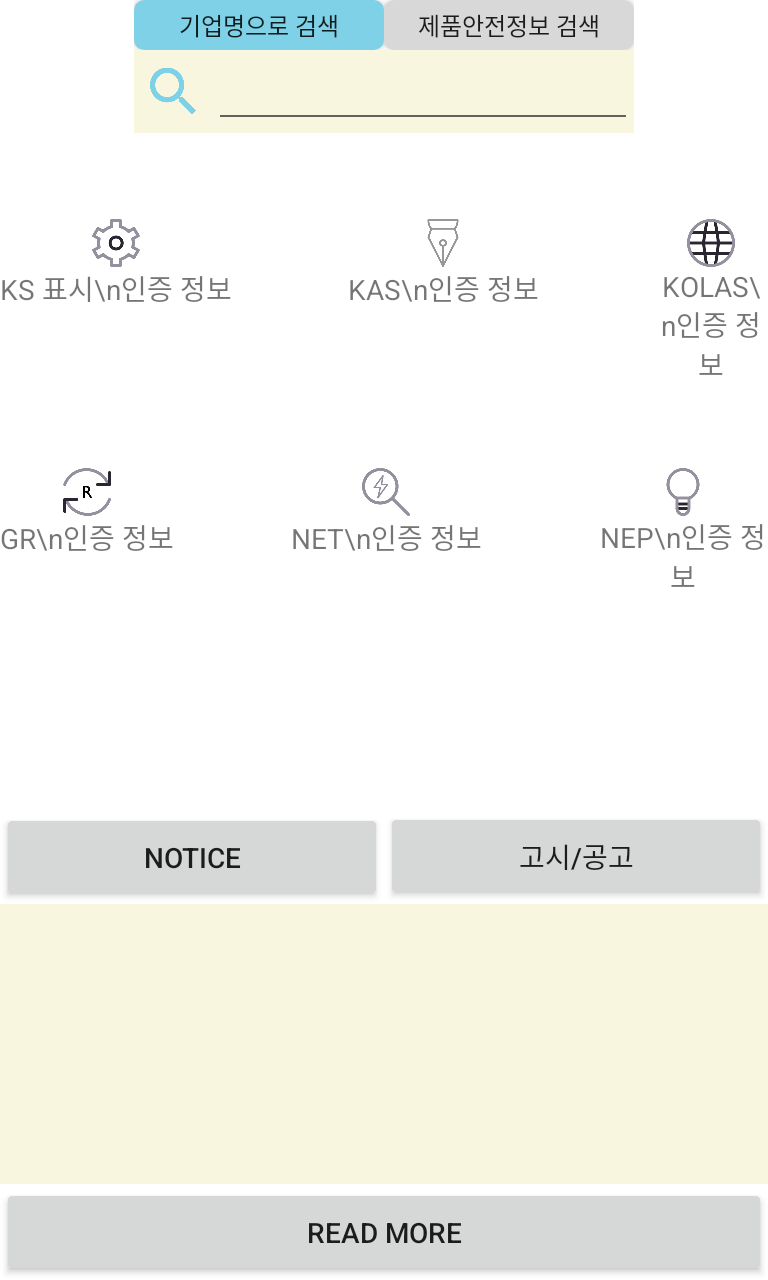
Repository: team-peony/ccfinder
Layout: android/CertifiedCompanyFinder/res/layout/fragment_main.xml
These files come from the project's save history. The layout is drawn as it stood at one moment and after the next save; the edit follows.
It is drawn on a 768 x 1280 px phone screen (xhdpi) without system bars, with theme AppTheme; the app's code is not run. Lists and similar views that code fills are empty.

Above is the layout before, as saved 2015-02-19 17:33:21.

### android/CertifiedCompanyFinder/res/layout/fragment_main.xml
<RelativeLayout xmlns:android="http://schemas.android.com/apk/res/android"
    xmlns:tools="http://schemas.android.com/tools"
    android:layout_width="match_parent"
    android:layout_height="match_parent"
    android:layout_marginTop="20dp"
    android:background="#FFFFFF"
    tools:context="com.peony.ccfinder.MainActivity$PlaceholderFragment" >

    <!-- 검색어 입력창 부분 -->
    <LinearLayout
        android:id="@+id/main_llSearch"
        android:layout_centerHorizontal="true"
        android:layout_width="250dp"
        android:layout_height="wrap_content"
        android:orientation="vertical">

        <LinearLayout
            android:layout_width="match_parent"
            android:layout_height="wrap_content"
            android:orientation="horizontal">
            <Button
                android:id="@+id/main_btnCompany"
                android:layout_width="0dp"
                android:layout_height="25dp"
                android:layout_weight="1"
                android:padding="0dp"
                android:textSize="12sp"
                android:background="@drawable/search_type_selected"
                android:text="기업명으로 검색"/>

            <Button
                android:id="@+id/main_btnSafety"
                android:layout_width="0dp"
                android:layout_height="25dp"
                android:layout_weight="1"
                android:padding="0dp"
                android:textSize="12sp"
                android:background="@drawable/search_type_unselected"
                android:text="제품안전정보 검색"/>

        </LinearLayout>

        <LinearLayout
            android:layout_width="match_parent"
            android:layout_height="wrap_content"
            android:orientation="horizontal"
            android:background="@color/cc_color_bage"
            android:gravity="center_vertical">

            <ImageView
                android:layout_width="23dp"
                android:layout_height="25dp"
                android:layout_margin="8dp"
                android:src="@drawable/search_icon" />

            <EditText
                android:id="@+id/main_etKeyword"
                android:layout_width="match_parent"
                android:layout_height="wrap_content"
                android:singleLine="true"
                android:imeOptions="actionSearch"/>

        </LinearLayout>
    </LinearLayout>


    <!-- 카테고리 부분 -->
    <LinearLayout
        android:id="@+id/main_llCategories"
        android:layout_width="wrap_content"
        android:layout_height="wrap_content"
        android:layout_marginTop="43dp"
        android:orientation="vertical"
        android:layout_centerHorizontal="true"
        android:layout_below="@id/main_llSearch">
        <!-- 카테고리 상단 -->
        <LinearLayout
            android:layout_width="wrap_content"
            android:layout_height="wrap_content"
            android:orientation="horizontal">

            <!-- KS -->
            <LinearLayout
                android:id="@+id/main_llCategoryKs"
                android:layout_width="wrap_content"
                android:layout_height="wrap_content"
                android:orientation="vertical"
                android:gravity="center">
	            <ImageView
	                android:layout_width="@dimen/category_icon_size"
	                android:layout_height="@dimen/category_icon_size"
	                android:src="@drawable/ks_icon" />

	            <TextView
	                android:layout_width="wrap_content"
	                android:layout_height="wrap_content"
	                android:text="KS 표시\n인증 정보"
	                android:gravity="center"/>
	        </LinearLayout>

            <!-- KAS -->
            <LinearLayout
                android:id="@+id/main_llCategoryKas"
                android:layout_width="wrap_content"
                android:layout_height="wrap_content"
                android:layout_marginLeft="@dimen/category_padding"
                android:layout_marginRight="@dimen/category_padding"
                android:orientation="vertical"
                android:gravity="center">
	            <ImageView
	                android:layout_width="@dimen/category_icon_size"
	                android:layout_height="@dimen/category_icon_size"
	                android:src="@drawable/kas_icon" />

	            <TextView
	                android:layout_width="wrap_content"
	                android:layout_height="wrap_content"
	                android:text="KAS\n인증 정보"
	                android:gravity="center"/>
	        </LinearLayout>

            <!-- KOLAS -->
            <LinearLayout
                android:id="@+id/main_llCategoryKolas"
                android:layout_width="wrap_content"
                android:layout_height="wrap_content"
                android:orientation="vertical"
                android:gravity="center">
	            <ImageView
	                android:layout_width="@dimen/category_icon_size"
	                android:layout_height="@dimen/category_icon_size"
	                android:src="@drawable/kolas_icon" />

	            <TextView
	                android:layout_width="wrap_content"
	                android:layout_height="wrap_content"
	                android:text="KOLAS\n인증 정보"
	                android:gravity="center"/>
	        </LinearLayout>

        </LinearLayout>


        <!-- 카테고리 하단 -->
        <LinearLayout
            android:layout_marginTop="42dp"
            android:layout_width="wrap_content"
            android:layout_height="wrap_content"
            android:orientation="horizontal">
            <!-- GR -->
            <LinearLayout
                android:id="@+id/main_llCategoryGr"
                android:layout_width="wrap_content"
                android:layout_height="wrap_content"
                android:orientation="vertical"
                android:gravity="center">
	            <ImageView
	                android:layout_width="@dimen/category_icon_size"
	                android:layout_height="@dimen/category_icon_size"
	                android:src="@drawable/gr_icon" />

	            <TextView
	                android:layout_width="wrap_content"
	                android:layout_height="wrap_content"
	                android:text="GR\n인증 정보"
	                android:gravity="center"/>
	        </LinearLayout>

            <!-- NET -->
            <LinearLayout
                android:id="@+id/main_llCategoryNet"
                android:layout_width="wrap_content"
                android:layout_height="wrap_content"
                android:layout_marginLeft="@dimen/category_padding"
                android:layout_marginRight="@dimen/category_padding"
                android:orientation="vertical"
                android:gravity="center">
	            <ImageView
	                android:layout_width="@dimen/category_icon_size"
	                android:layout_height="@dimen/category_icon_size"
	                android:src="@drawable/net_icon" />

	            <TextView
	                android:layout_width="wrap_content"
	                android:layout_height="wrap_content"
	                android:text="NET\n인증 정보"
	                android:gravity="center"/>
	        </LinearLayout>

            <!-- NEP -->
            <LinearLayout
                android:id="@+id/main_llCategoryNep"
                android:layout_width="wrap_content"
                android:layout_height="wrap_content"
                android:orientation="vertical"
                android:gravity="center">
	            <ImageView
	                android:layout_width="@dimen/category_icon_size"
	                android:layout_height="@dimen/category_icon_size"
	                android:src="@drawable/nep_icon" />

	            <TextView
	                android:layout_width="wrap_content"
	                android:layout_height="wrap_content"
	                android:text="NEP\n인증 정보"
	                android:gravity="center"/>
	        </LinearLayout>

        </LinearLayout>

    </LinearLayout>

    <!-- 공지 사항 -->
    <LinearLayout
        android:id="@+id/main_llNoticeArea"
        android:layout_width="match_parent"
        android:layout_height="wrap_content"
        android:orientation="vertical"
        android:layout_alignParentBottom="true">

        <!-- 공지 탭 -->
        <LinearLayout
            android:layout_width="match_parent"
            android:layout_height="wrap_content"
            android:orientation="horizontal">
            <Button
	            android:id="@+id/main_btnTabNotice"
	            android:layout_width="0dp"
	            android:layout_height="wrap_content"
	            android:layout_weight="1"
	            android:text="NOTICE"/>

	        <Button
	            android:id="@+id/main_btnTabGosi"
	            android:layout_width="0dp"
	            android:layout_height="wrap_content"
	            android:layout_weight="1"
	            android:text="고시/공고"/>
        </LinearLayout>

        <ListView
            android:id="@+id/main_lvNotices"
            android:layout_width="match_parent"
            android:layout_height="140dp"
            android:background="@color/cc_color_bage"/>

        <Button
	            android:id="@+id/main_btnReadMore"
	            android:layout_width="match_parent"
	            android:layout_height="wrap_content"
	            android:text="Read more"/>
    </LinearLayout>

</RelativeLayout>

### android/CertifiedCompanyFinder/res/values/styles.xml
<resources>

    <!--
        Base application theme, dependent on API level. This theme is replaced
        by AppBaseTheme from res/values-vXX/styles.xml on newer devices.
    -->
    <style name="AppBaseTheme" parent="Theme.AppCompat.Light">
        <!--
            Theme customizations available in newer API levels can go in
            res/values-vXX/styles.xml, while customizations related to
            backward-compatibility can go here.
        -->
    </style>

    <!-- Application theme. -->
    <style name="AppTheme" parent="AppBaseTheme">
        <!-- All customizations that are NOT specific to a particular API-level can go here. -->
    </style>

</resources>

### android/CertifiedCompanyFinder/res/drawable/search_type_selected.xml
<?xml version="1.0" encoding="utf-8"?>
<shape xmlns:android="http://schemas.android.com/apk/res/android" >
    <solid android:color="@color/cc_color_skyblue"/>
    <corners android:radius="5dp"/>
    <padding android:left="10dp"
        android:top="10dp"
        android:right="10dp"
        android:bottom="10dp"/>

</shape>

### android/CertifiedCompanyFinder/res/drawable/search_type_unselected.xml
<?xml version="1.0" encoding="utf-8"?>
<shape xmlns:android="http://schemas.android.com/apk/res/android" >
    <solid android:color="@color/cc_color_unselected"/>
    <corners android:radius="5dp"/>
    <padding android:left="10dp"
        android:top="10dp"
        android:right="10dp"
        android:bottom="10dp"/>

</shape>

### android/CertifiedCompanyFinder/res/values/colors.xml
<?xml version="1.0" encoding="utf-8"?>
<resources>
    <color name="cc_color_bage">#F8F6DF</color>
    <color name="cc_color_skyblue">#7ED1E6</color>
    <color name="cc_color_unselected">#D8D8D8</color>
    <color name="cc_color_shadow">#7A7A7A</color>
</resources>

### android/CertifiedCompanyFinder/res/values/dimens.xml
<resources>

    <!-- Default screen margins, per the Android Design guidelines. -->
    <dimen name="activity_horizontal_margin">16dp</dimen>
    <dimen name="activity_vertical_margin">16dp</dimen>
	<dimen name="category_icon_size">24dp</dimen>
	<dimen name="category_padding">58dp</dimen>
</resources>

### android/CertifiedCompanyFinder/res/drawable/notice_tab_selected.xml
<?xml version="1.0" encoding="utf-8"?>
<layer-list xmlns:android="http://schemas.android.com/apk/res/android" >
    <item>
        <shape android:shape="rectangle">
		    <corners android:topLeftRadius="8dp"
		        android:topRightRadius="8dp"/>
			<solid android:color="@color/cc_color_bage"/>
		</shape>
    </item>

    <item android:right="2dp">
        <shape android:shape="rectangle">
            <corners android:topLeftRadius="8dp"
		        android:topRightRadius="8dp"/>
			<solid android:color="@color/cc_color_shadow"/>
        </shape>
    </item>
</layer-list>

Loaded but not shown: android/CertifiedCompanyFinder/res/values-v11/styles.xml (common file); android/CertifiedCompanyFinder/res/values-v14/styles.xml (common file)

After the next save:
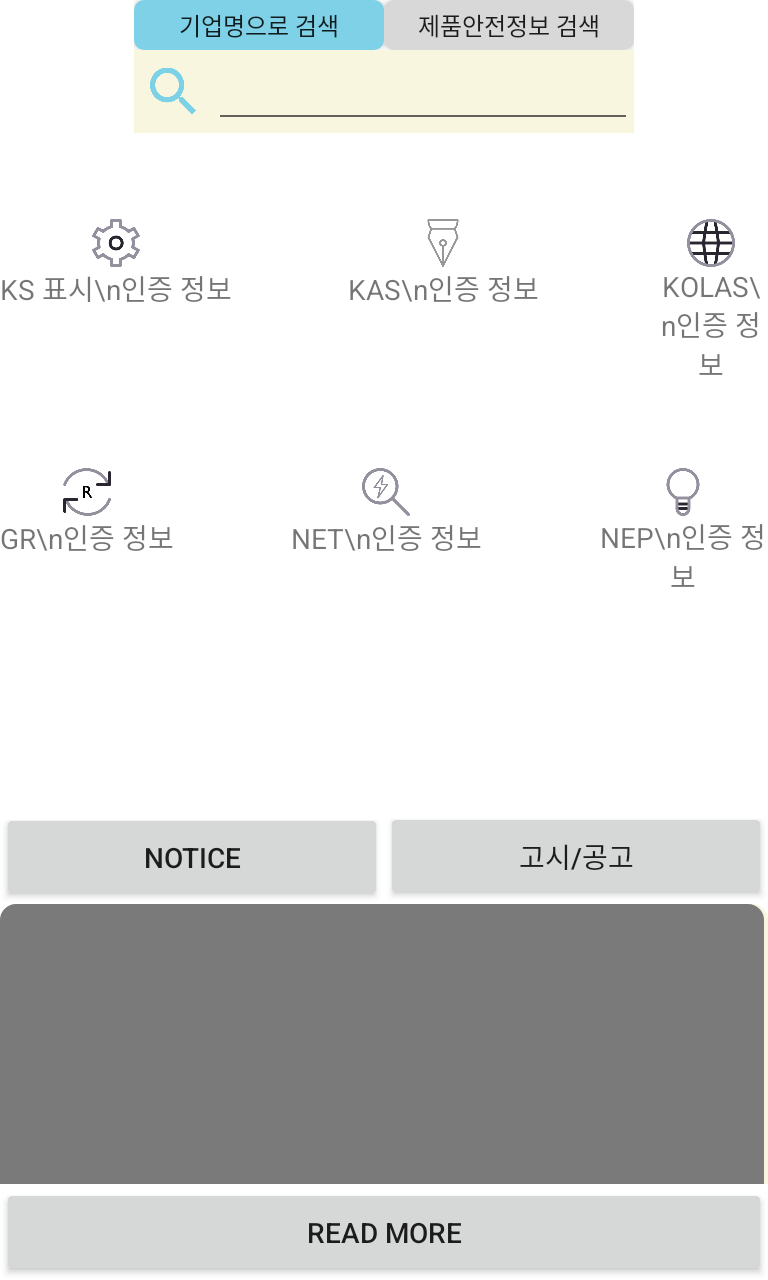
Saved 24 s later.
--- a/android/CertifiedCompanyFinder/res/layout/fragment_main.xml
+++ b/android/CertifiedCompanyFinder/res/layout/fragment_main.xml
@@ -242,7 +242,7 @@
             android:id="@+id/main_lvNotices"
             android:layout_width="match_parent"
             android:layout_height="140dp"
-            android:background="@color/cc_color_bage"/>
+            android:background="@drawable/notice_tab_selected"/>
 
         <Button
 	            android:id="@+id/main_btnReadMore"
